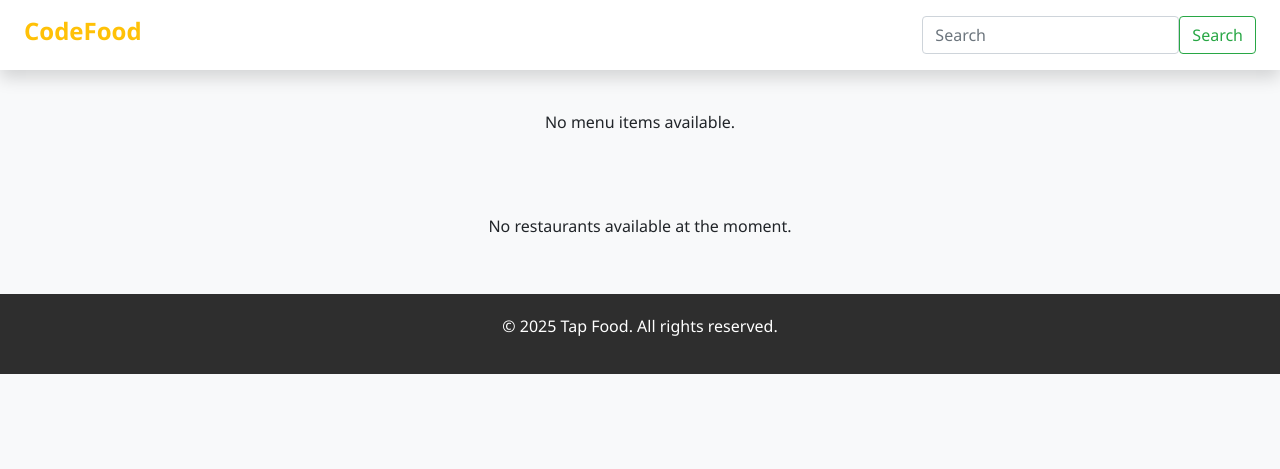
Repository: Rupeswarbhainsa777/Food-Web-App
Page: http://localhost/TapFoodApp/resturent.jsp
These files come from the project's save history. The page is drawn as it stood at one moment and after the next save; the edit follows.
The browser window is 1280 px wide. The pictures show the whole page.
The page is served by Tomcat 10. Nobody is signed in. The application's start-up code is not run. Other server files are loaded and not shown. Queries for data that is not in the repository find no rows.

Above is the page before, as saved 2025-05-02 18:12:40.

### TapFoodApp/src/main/webapp/resturent.jsp
<%@ page import="java.util.List"%>
<%@ page import="com.tap.modeal.Restaurant"%>
<%@ page import="com.tap.modeal.User"%>
<%@ page import="com.tap.modeal.Dish"%>
<%@ page import="com.tap.Dao.Dishdao"%>
<%@ page import="com.tap.DaoImple.DishDAOImp"%>
<%@ page contentType="text/html;charset=UTF-8" language="java"%>
<%@ page import="com.tap.modeal.Dish" %>
<%
User user = (User) session.getAttribute("user1");
List<Restaurant> restaurants = (List<Restaurant>) session.getAttribute("restaurant");
DishDAOImp dishDAO = new DishDAOImp();
Dish specialDish = dishDAO.getSpecialDish();
%>
<!DOCTYPE html>
<html lang="en">
<head>
<meta charset="UTF-8">
<title>Tap Food - Restaurants</title>
<link rel="stylesheet" href="https://stackpath.bootstrapcdn.com/bootstrap/4.5.2/css/bootstrap.min.css">
<link rel="stylesheet" href="https://cdn.jsdelivr.net/npm/bootstrap-icons@1.5.0/font/bootstrap-icons.css">
<style>
body {
	background-color: #f8f9fa;
	font-family: 'Segoe UI', sans-serif;
}
.navbar {
	background-color: #fc8019;
}
.navbar-brand, .nav-link {
	color: white;
}
.hero {
    display: flex;
    justify-content: space-between;
    align-items: center;
    height: 100vh;
    padding: 50px;
    background-color: #f9f9f9;
    transition: all 0.5s ease-in-out;
}
..hero-text, .hero-image {
    flex: 1;
    transition: transform 0.5s ease, opacity 0.5s ease;
}
.hero-text .special {
	font-weight: bold;
}
.hero-text h1 {
	font-size: 3rem;
	margin: 0.5rem 0;
}
.hero-text button {
	padding: 0.7rem 1.2rem;
	font-size: 1rem;
	background-color: navy;
	color: white;
	border: none;
	cursor: pointer;
}
.hero-image img {
	width: 400px;
	border-radius: 10px;
}
.footer {
	background-color: #2e2e2e;
	color: white;
	padding: 20px 0;
	margin-top: 40px;
	text-align: center;
}
.submit-button {
	background-color: #3D90D7;
	border: none;
	color: white;
	padding: 10px 20px;
	margin-top: 10px;
	cursor: pointer;
	border-radius: 5px;
}
.submit-button:hover {
	background-color: #e57012;
}

/* 🎯 Restaurant card hover effect */
.card {
	border-radius: 12px;
	transition: all 0.3s ease-in-out;
	box-shadow: 0 2px 6px rgba(0, 0, 0, 0.1);
	border: none;
}
.card:hover {
	transform: translateY(-5px);
	box-shadow: 0 10px 25px rgba(255, 77, 77, 0.25),
	            0 0 0 3px rgba(255, 77, 77, 0.1); /* Zomato-like glow */
}

/* Ensure image inside card scales well */
.card img {
	height: 200px;
	object-fit: cover;
	border-top-left-radius: 12px;
	border-top-right-radius: 12px;
}






.swap-left {
    transform: translateX(-100px);
    opacity: 0;
}

.swap-right {
    transform: translateX(100px);
    opacity: 0;
}


        .grid-container {
            display: grid;
            grid-template-columns: repeat(auto-fit, minmax(150px, 1fr));
            gap: 30px;
            padding: 40px;
        }

        .grid-item {

            padding: 20px;
            border-radius: 12px;

            text-align: center;
            transition: transform 0.3s ease;
        }

        .grid-item:hover {
            transform: translateY(-5px);
        }

        .grid-item img {
            width: 100px;
            height: 100px;
            object-fit: cover;
            border-radius: 8px;
            margin-bottom: 10px;
        }

        .item-name {
            font-weight: bold;
            font-size: 16px;
            color: #333;
            margin-top: 8px;
        }

</style>



</head>
<body>

	<header class="d-flex justify-content-between align-items-center px-4 py-3 shadow bg-white">
		<div class="h4 text-warning font-weight-bold" >CodeFood</div>

			   <form class="d-flex" role="search">
      <input class="form-control me-2" type="search" placeholder="Search" aria-label="Search">
      <button class="btn btn-outline-success" type="submit">Search</button>
    </form>

	</header>


<div class="grid-container">
        <%
        List<Dish> obj = (List<Dish>) session.getAttribute("dishlist");
        if (obj != null) {
            List<Dish> menuList = obj;
            for (Dish item : menuList)  {
        %>
            <div class="grid-item">
                <img src="<%= item.getImagePath() %>" alt="<%= item.getName() %>">
                <div class="item-name"><%= item.getName() %></div>
            </div>
        <%
                }
            } else {
        %>
            <p style="text-align:center; grid-column: 1 / -1;">No menu items available.</p>
        <%
            }
        %>
    </div>


	<!-- Restaurant Cards -->
	<div class="container mt-4">
		<div class="row">
			<%
			if (restaurants != null && !restaurants.isEmpty()) {
				for (Restaurant res : restaurants) {
			%>
			<div class="col-md-4 mb-4">
				<div class="card">
					<img src="<%=res.getImagepath()%>" class="card-img-top" alt="<%=res.getName()%>">
					<div class="card-body">
						<h5 class="card-title font-weight-bold"><%=res.getName()%></h5>
						<div class="d-flex justify-content-between mb-2">
							<div>
								<i class="bi bi-star-fill text-warning"></i>
								<%=res.getRating()%>
							</div>
							<div>
								<i class="bi bi-clock"></i>
								<%=res.getEta()%>
							</div>
						</div>
						<p class="mb-1"><%=res.getCuisineType()%></p>
						<p class="text-muted"><%=res.getAddress()%></p>
						<div class="text-center">
							<a href="Menu?restaurantId=<%=res.getRestaurantId()%>">
								<input type="submit" value="View Menu" class="submit-button">
							</a>
						</div>
					</div>
				</div>
			</div>
			<%
				}
			} else {
			%>
			<div class="col-12">
				<p class="text-center">No restaurants available at the moment.</p>
			</div>
			<%
			}
			%>
		</div>
	</div>

	<footer class="footer">
		<p>&copy; 2025 Tap Food. All rights reserved.</p>
	</footer>




	<!-- java script -->


</body>
</html>

### TapFoodApp/src/main/java/com/tap/Dao/Dishdao.java
package com.tap.Dao;
import java.util.*;

import com.tap.modeal.Dish;

public interface Dishdao
{
	Dish getSpecialDish();
   List<Dish> getAllDishes();
}

### TapFoodApp/src/main/java/com/tap/DaoImple/DishDAOImp.java
package com.tap.DaoImple;

import java.sql.Connection;
import java.sql.DriverManager;
import java.sql.PreparedStatement;
import java.sql.ResultSet;
import java.sql.SQLException;
import java.sql.Statement;
import java.util.ArrayList;
import java.util.List;

import com.tap.Dao.Dishdao;
import com.tap.modeal.Dish;
import com.tap.modeal.Restaurant;

public class DishDAOImp implements Dishdao {

	private final String url = "jdbc:mysql://localhost:3306/foodapp";
	private final String username = "root";
	private final String password = "@sumit222";
	private final String sql = "SELECT * FROM `dish` WHERE `id` = 1";
	private final String selectAll = "SELECT * FROM `dish`";
    String insertQuery = "INSERT INTO `dish` (`name`, `description`, `imagepath`) VALUES (?, ?, ?)";


	PreparedStatement ps = null;
	ResultSet rs = null;
	Connection con = null;

	public DishDAOImp() {
		try {
			Class.forName("com.mysql.cj.jdbc.Driver");

			con = DriverManager.getConnection(url, username, password);
		} catch (Exception e) {
			// TODO Auto-generated catch block
			e.printStackTrace();
		}

	}

	@Override
	public List<Dish> getAllDishes() {
	    List<Dish> list = new ArrayList<>();


	    try (Statement stmt = con.createStatement();
	         ResultSet rs = stmt.executeQuery(selectAll)) {

	        while (rs.next()) {
	            Dish dish = mapAllDish(rs);
	            if (dish != null) {
	                list.add(dish);
	            }
	        }
	    } catch (SQLException e) {
	        e.printStackTrace();
	    }

	    return list;
	}


	private Dish mapAllDish(ResultSet re) {
	    try {

	        String name = re.getString("name");
	        String des = re.getString("description");
	        String imagePath = re.getString("imagepath");



	        return new Dish(name, des, imagePath);
	    } catch (SQLException e) {
	        e.printStackTrace();
	        return null; // Optional: return null to indicate failure
	    }
	}


	@Override
	public Dish getSpecialDish() {
		Dish dish = null;

		try {
			ps = con.prepareStatement(sql);
			rs = ps.executeQuery();

			if (rs.next()) {
				dish = new Dish();
				dish.setId(rs.getInt("id"));
				dish.setName(rs.getString("name"));
				dish.setDescription(rs.getString("description"));
				dish.setImagePath(rs.getString("imagepath"));

			}

		} catch (Exception e) {

		}

		return dish;
	}
	public boolean addDish(Dish dish) {

	    try (
	    PreparedStatement ps = con.prepareStatement(insertQuery)) {
	        ps.setString(1, dish.getName());
	        ps.setString(2, dish.getDescription());
	        ps.setString(3, dish.getImagePath());


	        int rows = ps.executeUpdate();
	        return rows > 0;
	    } catch (SQLException e) {
	        e.printStackTrace();
	        return false;
	    }
	}

}

After the next save:
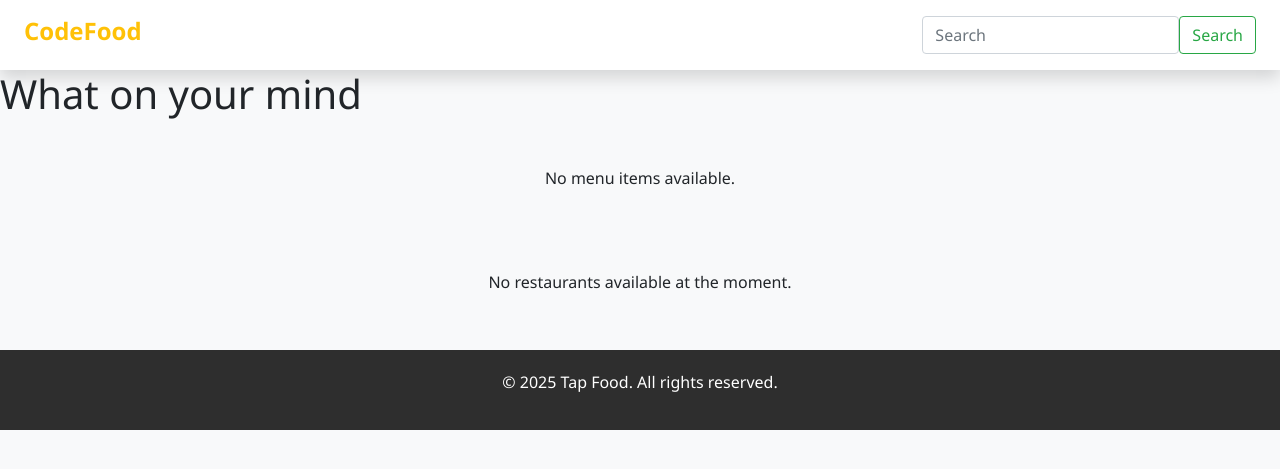
Saved 51 s later.
--- a/TapFoodApp/src/main/webapp/resturent.jsp
+++ b/TapFoodApp/src/main/webapp/resturent.jsp
@@ -171,7 +171,7 @@ body {
 
 	</header>
 
-
+<h1>What on your mind</h1>
 <div class="grid-container">
         <%
         List<Dish> obj = (List<Dish>) session.getAttribute("dishlist");
